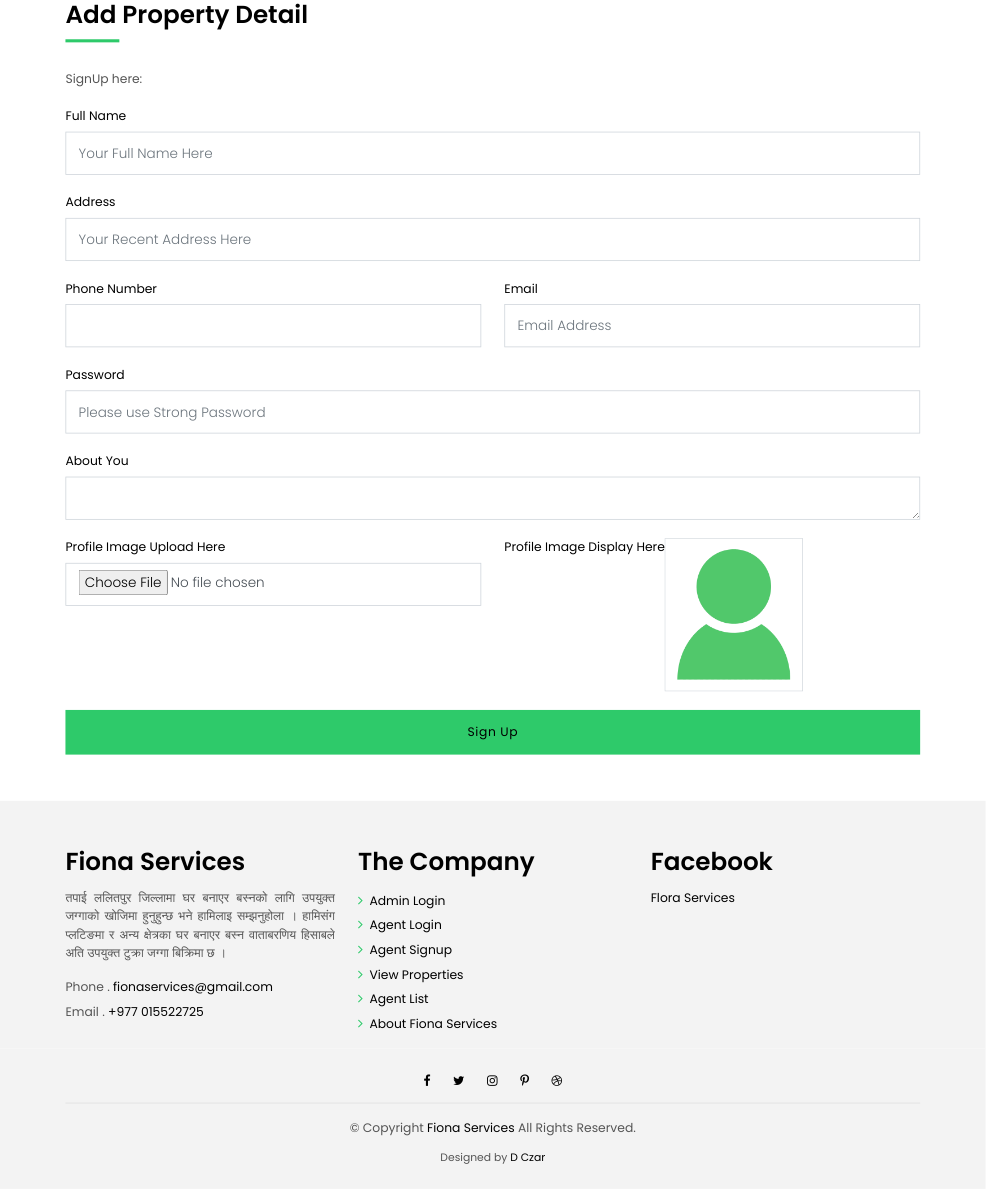
Repository: Sjuicyy/realstate
Page: Add-Property.html
These files come from the project's save history. The page is drawn as it stood at one moment and after the next save; the edit follows.
The browser window is 1280 px wide. The pictures show the whole page, at 77% of full size.

Above is the page before, as saved 2022-10-13 15:19:02.

### Add-Property.html
<!DOCTYPE html>
<html lang="en">

<head>
  <meta charset="utf-8">
  <title>Fiona Services</title>
  <meta content="width=device-width, initial-scale=1.0" name="viewport">
  <meta content="" name="keywords">
  <meta content="" name="description">

  <!-- Favicons -->
  <link href="img/favicon.png" rel="icon">
  <link href="img/apple-touch-icon.png" rel="apple-touch-icon">

  <!-- Google Fonts -->
  <link href="https://fonts.googleapis.com/css?family=Poppins:300,400,500,600,700" rel="stylesheet">

  <!-- Bootstrap CSS File -->
  <link href="lib/bootstrap/css/bootstrap.min.css" rel="stylesheet">

  <!-- Libraries CSS Files -->
  <link href="lib/font-awesome/css/font-awesome.min.css" rel="stylesheet">
  <link href="lib/animate/animate.min.css" rel="stylesheet">
  <link href="lib/ionicons/css/ionicons.min.css" rel="stylesheet">
  <link href="lib/owlcarousel/assets/owl.carousel.min.css" rel="stylesheet">

  <!-- Main Stylesheet File -->
  <link href="css/style.css" rel="stylesheet">

  <!-- =======================================================
    Theme Name: EstateAgency
    Theme URL: https://bootstrapmade.com/real-estate-agency-bootstrap-template/
    Author: BootstrapMade.com
    License: https://bootstrapmade.com/license/
  ======================================================= -->
</head>
<div id="fb-root"></div>
<script async defer crossorigin="anonymous" src="https://connect.facebook.net/en_US/sdk.js#xfbml=1&version=v14.0"
  nonce="0jwGYLXn"></script>

<body>
  <!-- / Form Search End /-->

  <!--/ Nav Star /-->
  <!-- <nav class="navbar navbar-default navbar-trans navbar-expand-lg fixed-top">
    <div class="container">
      <button class="navbar-toggler collapsed" type="button" data-toggle="collapse" data-target="#navbarDefault"
        aria-controls="navbarDefault" aria-expanded="false" aria-label="Toggle navigation">
      </button>
      <a class="navbar-brand text-brand" href="index.php">Fiona<span class="color-b"> Services</span></a>
      <button type="button" class="btn btn-link nav-search navbar-toggle-box-collapse d-md-none" data-toggle="collapse"
        data-target="#navbarTogglerDemo01" aria-expanded="false" title="Agent Space">

      </button>
      <div class="navbar-collapse collapse justify-content-center" id="navbarDefault">
        <ul class="navbar-nav">
          <li class="nav-item">
            <a class="nav-link active" href="index.php">Home</a>
          </li>
          <li class="nav-item">
            <a class="nav-link" href="about.php">About Us</a>
          </li>
          <li class="nav-item dropdown">
            <a class="nav-link dropdown-toggle" href="#" id="navbarDropdown" role="button" data-toggle="dropdown"
              aria-haspopup="true" aria-expanded="false">
              Property
            </a>
            <div class="dropdown-menu" aria-labelledby="navbarDropdown">
              <a class="dropdown-item" href="property-single.php">Property Single</a>
              <a class="dropdown-item" href="property-grid.php">Property List</a>
            </div>
          </li>
          <li class="nav-item">
            <a class="nav-link" href="Login.php">Login</a>
          </li>
          <li class="nav-item">
            <a class="nav-link" href="contact.php">Contact</a>
          </li>
        </ul>
      </div>
      <button type="button" class="btn btn-b-n navbar-toggle-box-collapse d-none d-md-block" data-toggle="collapse"
        data-target="#navbarTogglerDemo01" aria-expanded="false" title="Agent Space">
      </button>
    </div>
  </nav> -->
  <!--/ Nav End /-->











  <div class="container">
    <div class="title-box-d">
      <h3 class="title-d margin-auto">Add Property Detail</h3>
    </div>
    <div class=" form">
      <div id="modal2">
        <form class="form-a" action="agentsave.php" method="POST" enctype="multipart/form-data">
          <div class="row">
            <div class="col-md-12 mb-2">
              SignUp here: <br><br>
              <div class="form-group">
                <label for="Type">Full Name</label>
                <input type="text" class="form-control form-control-lg form-control-a" placeholder="Your Full Name Here"
                  name="Name">
              </div>
            </div>
            <div class="col-md-12 mb-2">
              <div class="form-group">
                <label for="Type">Address</label>
                <input type="text" class="form-control form-control-lg form-control-a"
                  placeholder="Your Recent Address Here" name="Address">
              </div>
            </div>
            <div class="col-md-6 mb-2">
              <div class="form-group">
                <label for="city">Phone Number</label>
                <input type="number" class="form-control form-control-lg form-control-a" name="Phone">
              </div>
            </div>
            <div class="col-md-6 mb-2">
              <div class="form-group">
                <label for="bedrooms">Email</label>
                <input type="email" class="form-control form-control-lg form-control-a" placeholder="Email Address"
                  name="Email">
              </div>
            </div>
            <div class="col-md-12 mb-2">
              <div class="form-group">
                <label for="garages">Password</label>
                <input type="password" class="form-control form-control-lg form-control-a"
                  placeholder="Please use Strong Password" name="Password">
              </div>
            </div>
            <div class="col-md-12 mb-2">
              <div class="form-group">
                <label for="bathrooms">About You</label>
                <textarea class="form-control form-control-lg form-control-a" id="bathrooms" name="Detail">
              </textarea>
              </div>
            </div>
            <div class="col-md-6 mb-2">
              <div class="form-group">
                <label for="price">Profile Image Upload Here</label>
                <input type="file" class="form-control form-control-lg form-control-a" onchange="readURL(this);"
                  name="Photo">
              </div>
            </div>
            <div class="col-md-6 mb-2">
              <div class="form-group text-center">
                <label for="price" style="float: left">Profile Image Display Here</label>
                <img src="img/user.png" id="blah" class="form-control"
                  style="max-width:180px;width: 100%;height: auto;" />
              </div>
            </div>
            <div class="col-md-12">
              <button type="submit" name="submit" class="btn btn-b" style="width: 100%;">Sign Up</button>
            </div>
          </div>
        </form>
      </div>

    </div>

  </div>
















    <!--/ footer Star /-->
    <section class="section-footer">
      <div class="container">
        <div class="row">
          <div class="col-sm-12 col-md-4">
            <div class="widget-a">
              <div class="w-header-a">
                <h3 class="w-title-a text-brand">Fiona Services</h3>
              </div>
              <div class="w-body-a">
                <p class="w-text-a color-text-a" align="justify">
                  तपाई ललितपुर जिल्लामा घर बनाएर बस्नको लागि उपयुक्त जग्गाको खोजिमा हुनुहुन्छ भने हामिलाइ सम्झनुहोला ।
                  हामिसंग प्लटिङमा र अन्य क्षेत्रका घर बनाएर बस्न वाताबरणिय हिसाबले अति उपयुक्त टुक्रा जग्गा बिक्रिमा छ
                  ।
                </p>
              </div>
              <div class="w-footer-a">
                <ul class="list-unstyled">
                  <li class="color-a">
                    <span class="color-text-a">Phone .</span> fionaservices@gmail.com
                  </li>
                  <li class="color-a">
                    <span class="color-text-a">Email .</span> +977 015522725
                  </li>
                </ul>
              </div>
            </div>
          </div>
          <div class="col-sm-12 col-md-4 section-md-t3">
            <div class="widget-a">
              <div class="w-header-a">
                <h3 class="w-title-a text-brand">The Company</h3>
              </div>
              <div class="w-body-a">
                <div class="w-body-a">
                  <ul class="list-unstyled">
                    <li class="item-list-a">
                      <i class="fa fa-angle-right"></i> <a href="#">Admin Login</a>
                    </li>
                    <li class="item-list-a">
                      <i class="fa fa-angle-right"></i> <a href="#">Agent Login</a>
                    </li>
                    <li class="item-list-a">
                      <i class="fa fa-angle-right"></i> <a href="#">Agent Signup</a>
                    </li>
                    <li class="item-list-a">
                      <i class="fa fa-angle-right"></i> <a href="#">View Properties</a>
                    </li>
                    <li class="item-list-a">
                      <i class="fa fa-angle-right"></i> <a href="#">Agent List</a>
                    </li>
                    <li class="item-list-a">
                      <i class="fa fa-angle-right"></i> <a href="#">About Fiona Services</a>
                    </li>
                  </ul>
                </div>
              </div>
            </div>
          </div>
          <div class="col-sm-12 col-md-4 section-md-t3">
            <div class="widget-a">
              <div class="w-header-a">
                <h3 class="w-title-a text-brand">Facebook</h3>
              </div>
              <div class="w-body-a">
                <div class="fb-page" data-href="https://www.facebook.com/floraservices2070" data-tabs="timeline"
                  data-width="" data-height="110" data-small-header="false" data-adapt-container-width="true"
                  data-hide-cover="false" data-show-facepile="false">
                  <blockquote cite="https://www.facebook.com/floraservices2070" class="fb-xfbml-parse-ignore"><a
                      href="https://www.facebook.com/floraservices2070">Flora Services</a></blockquote>
                </div>
              </div>
            </div>
          </div>
        </div>
      </div>
    </section>
    <footer>
      <div class="container">
        <div class="row">
          <div class="col-md-12">

            <div class="socials-a">
              <ul class="list-inline">
                <li class="list-inline-item">
                  <a href="#">
                    <i class="fa fa-facebook" aria-hidden="true"></i>
                  </a>
                </li>
                <li class="list-inline-item">
                  <a href="#">
                    <i class="fa fa-twitter" aria-hidden="true"></i>
                  </a>
                </li>
                <li class="list-inline-item">
                  <a href="#">
                    <i class="fa fa-instagram" aria-hidden="true"></i>
                  </a>
                </li>
                <li class="list-inline-item">
                  <a href="#">
                    <i class="fa fa-pinterest-p" aria-hidden="true"></i>
                  </a>
                </li>
                <li class="list-inline-item">
                  <a href="#">
                    <i class="fa fa-dribbble" aria-hidden="true"></i>
                  </a>
                </li>
              </ul>
            </div>
            <div class="copyright-footer">
              <p class="copyright color-text-a">
                &copy; Copyright
                <span class="color-a">Fiona Services</span> All Rights Reserved.
              </p>
            </div>
            <div class="credits">

              Designed by <a href="https://pritambajagain.com.np/">D Czar</a>
            </div>
          </div>
        </div>
      </div>
    </footer>
    <!--/ Footer End /-->

    <a href="#" class="back-to-top"><i class="fa fa-chevron-up"></i></a>
    <div id="preloader"></div>

    <!-- JavaScript Libraries -->
    <script>
      function readURL(input) {
        if (input.files && input.files[0]) {
          var reader = new FileReader();

          reader.onload = function (e) {
            $('#blah')
              .attr('src', e.target.result);
          };

          reader.readAsDataURL(input.files[0]);
        }
      }
    </script>
    <script src="lib/jquery/jquery.min.js"></script>
    <script src="lib/jquery/jquery-migrate.min.js"></script>
    <script src="lib/popper/popper.min.js"></script>
    <script src="lib/bootstrap/js/bootstrap.min.js"></script>
    <script src="lib/easing/easing.min.js"></script>
    <script src="lib/owlcarousel/owl.carousel.min.js"></script>
    <script src="lib/scrollreveal/scrollreveal.min.js"></script>
    <!-- Contact Form JavaScript File -->
    <script src="contactform/contactform.js"></script>

    <!-- Template Main Javascript File -->
    <script src="js/main.js"></script>

</body>

</html>

Loaded but not shown: lib/bootstrap/css/bootstrap.min.css (library); lib/font-awesome/css/font-awesome.min.css (library); lib/animate/animate.min.css (library); lib/ionicons/css/ionicons.min.css (library); lib/owlcarousel/assets/owl.carousel.min.css (library); lib/jquery/jquery.min.js (library); lib/jquery/jquery-migrate.min.js (library); lib/popper/popper.min.js (library); lib/bootstrap/js/bootstrap.min.js (library); lib/easing/easing.min.js (common file); lib/owlcarousel/owl.carousel.min.js (library); lib/scrollreveal/scrollreveal.min.js (library); js/main.js (150 lines, source omitted); contactform/contactform.js (118 lines, source omitted); css/style.css (2025 lines, source omitted)

After the next save:
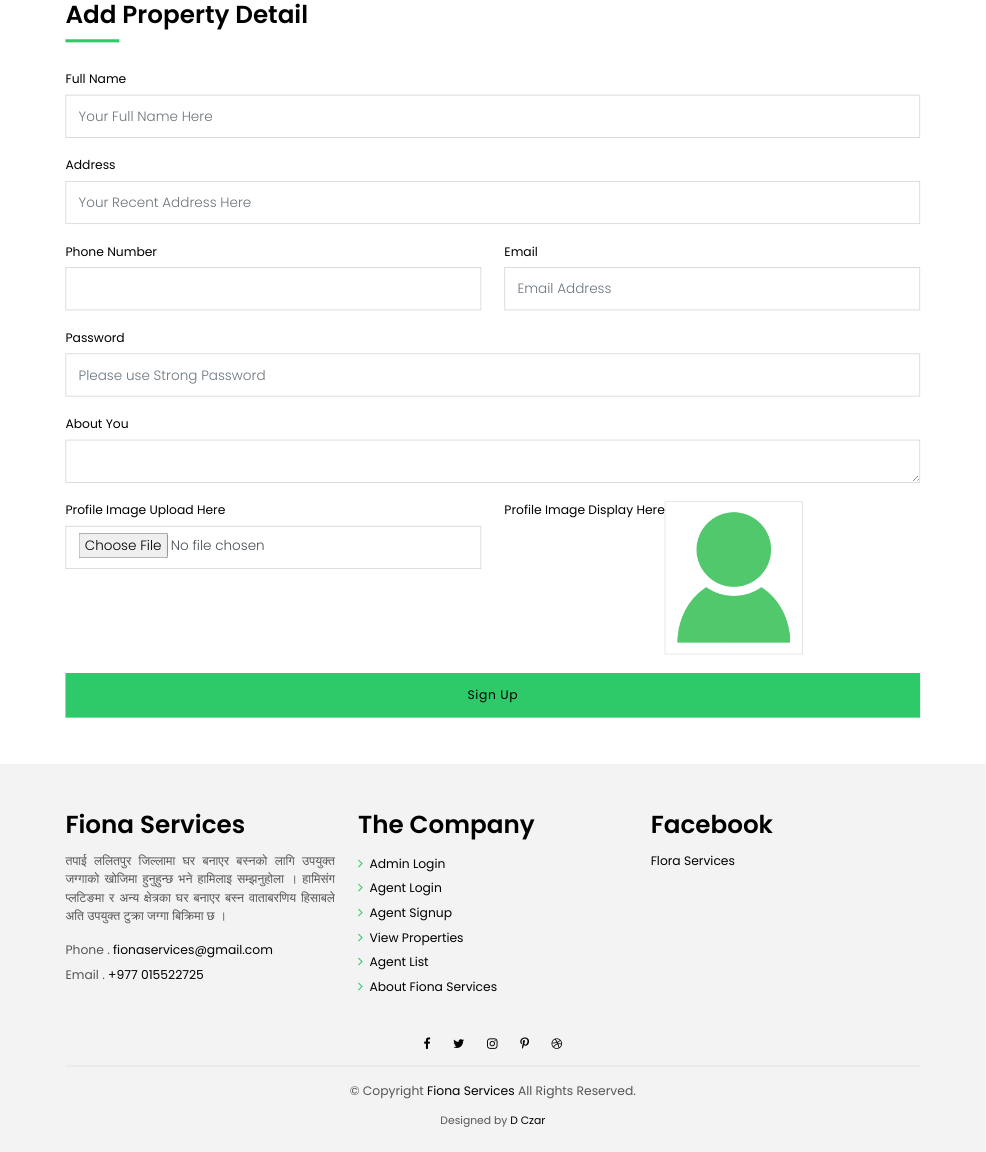
Saved 5 min 51 s later.
--- a/Add-Property.html
+++ b/Add-Property.html
@@ -104,7 +104,6 @@
         <form class="form-a" action="agentsave.php" method="POST" enctype="multipart/form-data">
           <div class="row">
             <div class="col-md-12 mb-2">
-              SignUp here: <br><br>
               <div class="form-group">
                 <label for="Type">Full Name</label>
                 <input type="text" class="form-control form-control-lg form-control-a" placeholder="Your Full Name Here"
